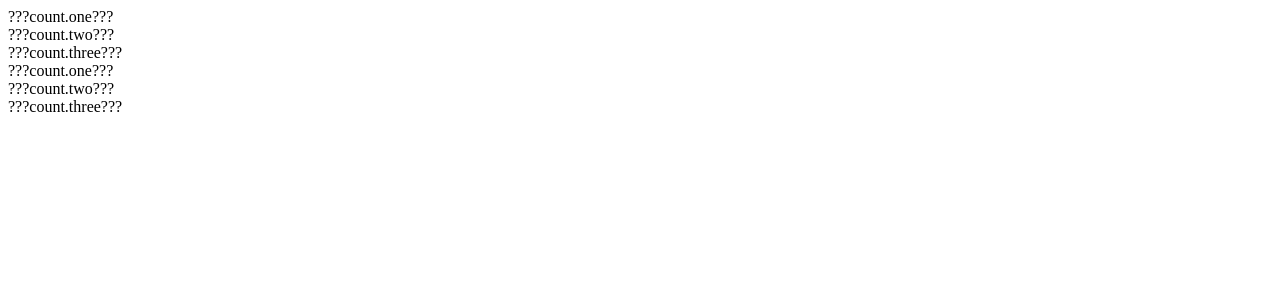
Repository: nguyenmanhtruongdat/javaServletFinalEx
Page: http://localhost/test/test.jsp
An editor plug-in stored every save of this project. The page is shown before and after the next save, followed by the edit.
The browser window is 1280 px wide. The pictures show the whole page.
The page is served by Tomcat 9. Other server files are loaded and not shown.

Above is the page before, as saved 2022-07-07 00:14:05.

### vku/ktx/test/src/main/webapp/test.jsp
<%@ taglib uri = "http://java.sun.com/jsp/jstl/fmt" prefix = "fmt" %>

<html>
   <head>
      <title>JSTL fmt:setLocale Tag</title>
   </head>

   <body>
      <fmt:bundle basename = "com.tutorialspoint.Example">
         <fmt:message key = "count.one"/><br/>
         <fmt:message key = "count.two"/><br/>
         <fmt:message key = "count.three"/><br/>
      </fmt:bundle>

      <!-- Change the Locale -->
      <fmt:setLocale value = "es_ES"/>
      <fmt:bundle basename = "com.tutorialspoint.Example">
         <fmt:message key = "count.one"/><br/>
         <fmt:message key = "count.two"/><br/>
         <fmt:message key = "count.three"/><br/>
      </fmt:bundle>

   </body>
</html>

After the next save:
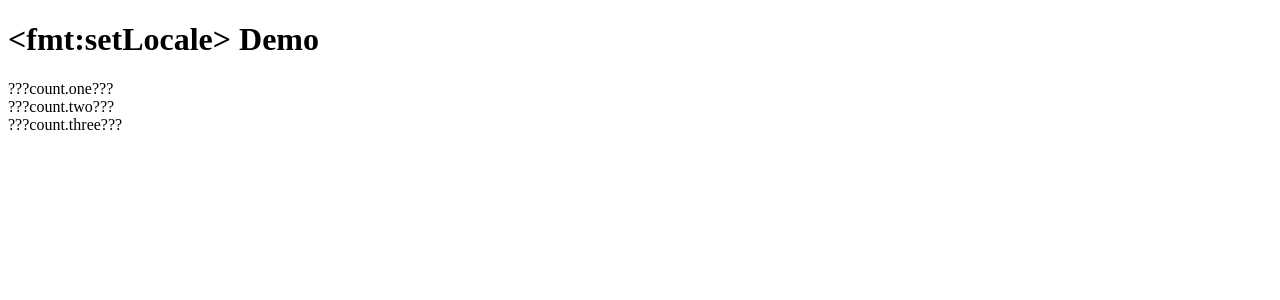
Saved 3 min 2 s later.
--- a/vku/ktx/test/src/main/webapp/test.jsp
+++ b/vku/ktx/test/src/main/webapp/test.jsp
@@ -1,24 +1,20 @@
-<%@ taglib uri = "http://java.sun.com/jsp/jstl/fmt" prefix = "fmt" %>
-
+<%@ page language="java" contentType="text/html; charset=ISO-8859-1"
+    pageEncoding="ISO-8859-1"%>
+    <%@ taglib prefix="fmt" uri="http://java.sun.com/jsp/jstl/fmt" %>
+<!DOCTYPE html PUBLIC "-//W3C//DTD HTML 4.01 Transitional//EN"
+  "http://www.w3.org/TR/html4/loose.dtd">
 <html>
-   <head>
-      <title>JSTL fmt:setLocale Tag</title>
-   </head>
-
-   <body>
-      <fmt:bundle basename = "com.tutorialspoint.Example">
-         <fmt:message key = "count.one"/><br/>
-         <fmt:message key = "count.two"/><br/>
-         <fmt:message key = "count.three"/><br/>
-      </fmt:bundle>
-
-      <!-- Change the Locale -->
-      <fmt:setLocale value = "es_ES"/>
-      <fmt:bundle basename = "com.tutorialspoint.Example">
-         <fmt:message key = "count.one"/><br/>
-         <fmt:message key = "count.two"/><br/>
-         <fmt:message key = "count.three"/><br/>
-      </fmt:bundle>
-
-   </body>
+  <head>
+    <meta http-equiv="Content-Type" content="text/html; charset=ISO-8859-1">
+    <title>&lt;fmt:setLocale&gt; Demo</title>
+  </head>
+  <body>
+    <h1>&lt;fmt:setLocale&gt; Demo</h1>
+    <fmt:setLocale value="fr_CA"/>
+    <fmt:bundle basename="net.codejava.jstl.messages">
+       <fmt:message key="count.one"/><br/>
+       <fmt:message key="count.two"/><br/>
+       <fmt:message key="count.three"/><br/>
+    </fmt:bundle>
+  </body>
 </html>
